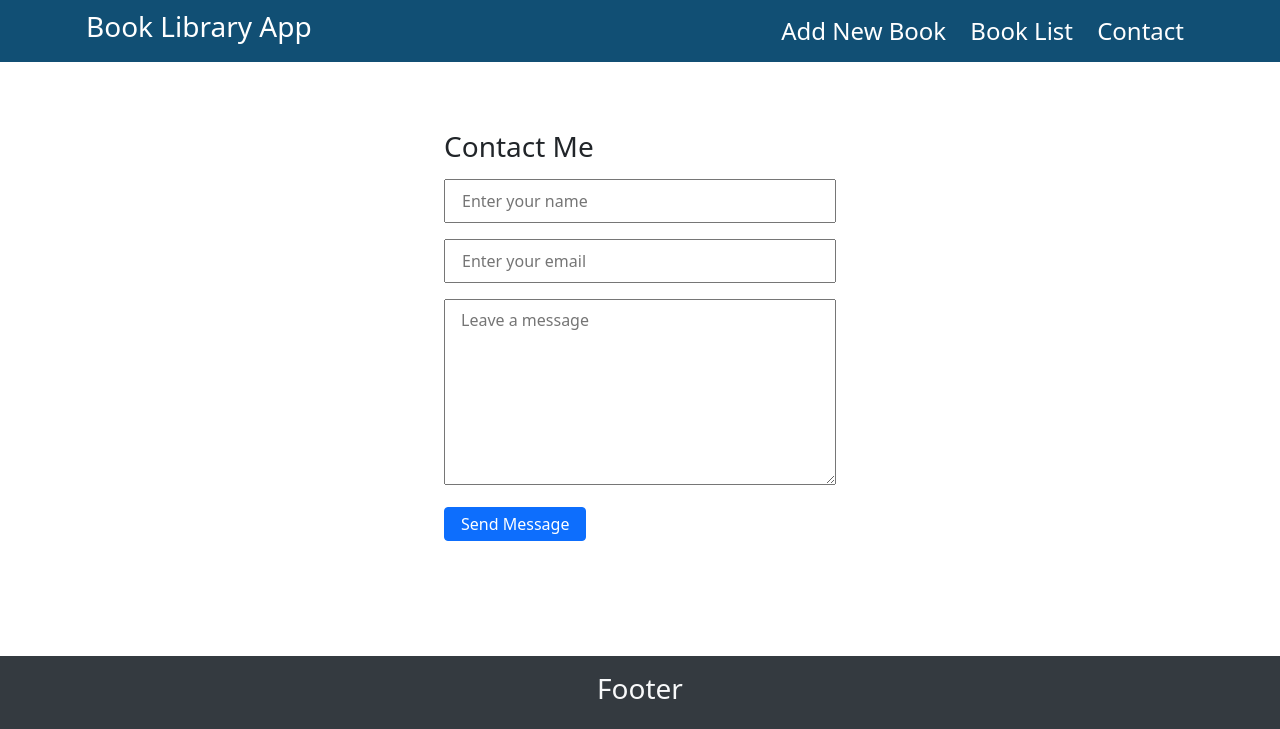
Repository: just-mann/booklibrary-app
Page: http://localhost/contact
The author's editor kept a copy of each file at every save. The page is drawn from the files as they stood at one save, then again after the next save.
The browser window is 1280 px wide. The pictures show the whole page.
The page is served by the project's Node server (app.js).

Above is the page before, as saved 2021-06-06 04:53:11.

### views/contact.ejs
<!DOCTYPE html>
<html lang="en">
<%- include('./partials/Header') %>
<body>
    <%- include('./partials/Navbar') %>
    <div class="container py-3 contact">
        <div class="p-5 p-xs-1 p-sm-1 p-md-1 py-2 px-0 mt-5 contactDiv">
            <form class="px-0">
              <h3>Contact Me</h3>
                <div class="my-3">
                  <input class="px-3 py-2 name w-100" type="text" name="name" id="name" placeholder="Enter your name" required>
                </div>
                <div class="my-3">
                  <input class="px-3 py-2 email w-100" type="email" name="email" id="email" placeholder="Enter your email" required>
                </div>
                <div class="my-3">
                  <textarea class="px-3 py-2 w-100" name="message" id="" cols="30" rows="7" placeholder="Leave a message" required></textarea>
                </div>
                <div class="my-3">
                  <input class="px-3 py-1 submitBtn btn btn-primary" type="submit" value="Send Message">
                </div>
            </form>
          </div>
    </div>
    <%- include('./partials/Footer') %>
</body>
</html>

### views/partials/Header.ejs
<head>
    <meta charset="UTF-8">
    <meta name="viewport" content="width=device-width, initial-scale=1.0">
    <title><%= title %></title>
    <link rel="stylesheet" href="https://stackpath.bootstrapcdn.com/bootstrap/5.0.0-alpha1/css/bootstrap.min.css" integrity="sha384-r4NyP46KrjDleawBgD5tp8Y7UzmLA05oM1iAEQ17CSuDqnUK2+k9luXQOfXJCJ4I" crossorigin="anonymous">
    <script src="https://cdn.jsdelivr.net/npm/popper.js@1.16.0/dist/umd/popper.min.js" integrity="sha384-Q6E9RHvbIyZFJoft+2mJbHaEWldlvI9IOYy5n3zV9zzTtmI3UksdQRVvoxMfooAo" crossorigin="anonymous"></script>
    <link rel="stylesheet" href="https://unpkg.com/aos@next/dist/aos.css" />
    <link rel="stylesheet" href="https://unpkg.com/aos@next/dist/aos.css" />
    <script src="https://stackpath.bootstrapcdn.com/bootstrap/5.0.0-alpha1/js/bootstrap.min.js" integrity="sha384-oesi62hOLfzrys4LxRF63OJCXdXDipiYWBnvTl9Y9/TRlw5xlKIEHpNyvvDShgf/" crossorigin="anonymous"></script>
    <link rel="stylesheet" href="/style.css">
  </head>

### views/partials/Navbar.ejs
<nav class="container-fluid sticky-top">
    <div class="container">
        <a href="/" class="logo"><h3>Book Library App</h3></a>
        <div class="nav__links">
            <a href="/">Add New Book</a>
            <a href="/booklist">Book List</a>
            <a href="/contact">Contact</a>
        </div>
    </div>
</nav>

### views/partials/Footer.ejs
<footer class="bg-dark py-3 text-light text-center">
    <script src="https://ajax.googleapis.com/ajax/libs/jquery/3.5.1/jquery.min.js"></script>
    <script src="/script.js"></script>
    <div class="container">
        <h3>Footer</h3>
    </div>
</footer>
<script src="https://unpkg.com/aos@next/dist/aos.js"></script>
<script>
  AOS.init();
</script>

### app.js
const express = require('express'); //import express package
const app = express(); //initialize the express app
const bodyParser = require('body-parser') //import body-parser to handle data from the form
const MongoClient = require('mongodb').MongoClient; //import the mongodbClient
const { ObjectId } = require('bson');
const dbName = 'myBookList';
const dbCollectionName = 'bookCollection';

const PORT = process.env.PORT || 5000;


// Configure the body-parser
app.use(bodyParser.urlencoded({ extended: true }));


// Make static files accessible
app.use(express.static('public'));


// Set View Engine
app.set('view engine', 'ejs');



// Connect to Database
const dbURI = 'mongodb+srv://bookUser:cUk4rECaXyAWsNz8@crud-tutorial.xd65d.mongodb.net/myBookList?retryWrites=true&w=majority';
MongoClient.connect(dbURI, { useUnifiedTopology: true })
    .then(client => {

        app.listen(PORT, () => {
            console.log(`App is now running on PORT ${PORT} and Database: ${dbName} is connected`)
        });

        const db = client.db(`${dbName}`);

        const myCollection = db.collection(`${dbCollectionName}`);

        app.post('/books', (req, res) => {
            myCollection.insertOne(req.body)
                .then(result => {
                    console.log('Item added to database...');
                })
                .catch(err => console.log(err));
            res.redirect('bookList');
        })

        app.get('/booklist', (req, res) => {
            myCollection.find().sort({_id: -1}).toArray()
                .then(result => {
                    res.render('bookList', { myList: result, title: "Book List" });
                })
                .catch(err => console.log(err));
        })


        app.get('/booklist/:id', (req, res) => {
            const id = req.params.id;
            myCollection.findOne({ _id: ObjectId(`${id}`)})
                .then(result => {
                    res.render('details', { singleBook: result, title: `Book Detail  -  ${result.title}` })
                })
                .catch(err => console.log(err));
        })


        app.delete('/booklist/:id', (req, res) => {
            const id = req.params.id;
            myCollection.deleteOne({_id: ObjectId(`${id}`)})
                .then(result => {
                    res.json({ redirect: '/booklist'})
                })
                .catch(err => console.log(err));
        })


        app.get('/', (req, res) => {
            res.render('index', { title: "Add New Book" });
        })


        app.get('/contact', (req, res) => {
            res.render('contact', { title: "Contact Me" });
        })

        app.use((req, res) => {
            res.status(404).render('404', { title: '404, Page Not Found'});
        })

    })
    .catch(err => console.log(err));

### public/style.css
* {
    padding: 0;
    margin: 0;
    box-sizing: border-box;
}
body {
    min-height: 100vh;
}

a {
    text-decoration: none;
}

nav {
    background-color: #114f74;
    padding: 10px 0px;
}

nav .container {
    display: flex;
    justify-content: space-between;
    align-items: center;
}

nav .container .logo h3 {
    color: #ffffff;
    font-weight: 350;
}

nav .container .nav__links {
    color: #ffffff;
}

nav .container .nav__links a {
    color: #ffffff;
    font-size: 1.5rem;
    padding: 10px 0px;
    margin: 0px 10px;
    font-weight: 300;
}

.nav__links a:hover {
    color: red;
}

.listDiv {
    display: flex;
    grid-template-columns: repeat(3, 1fr);
}

.list {
    max-width: 350px;
    min-height: 150px;
    margin: 0px 15px;
    background-color: #e2e2e2;
    border-left: 15px solid #41a1b9;
    opacity: 0.9;
    transition: opacity 0.6s;
}

.list:hover {
    opacity: 1;
}


/* Home Page */
.home {
    height: 82.3vh;
}

.home .homeDiv, .contact .contactDiv {
    /* background: yellow; */
    max-width: 400px;
    margin: 0 auto;
}



/* Book List Page */
.bookList {
    min-height: 81.3vh;
}






/* details page */
.details {
    height: 81.5vh;
}



.bookSummary {
    max-width: 500px;
    background: yellow;
}



/* Contact Page */
.contact {
    height: 82.5vh;
}

Loaded but not shown: public/script.js (no stored copy; drawn as an empty file)

After the next save:
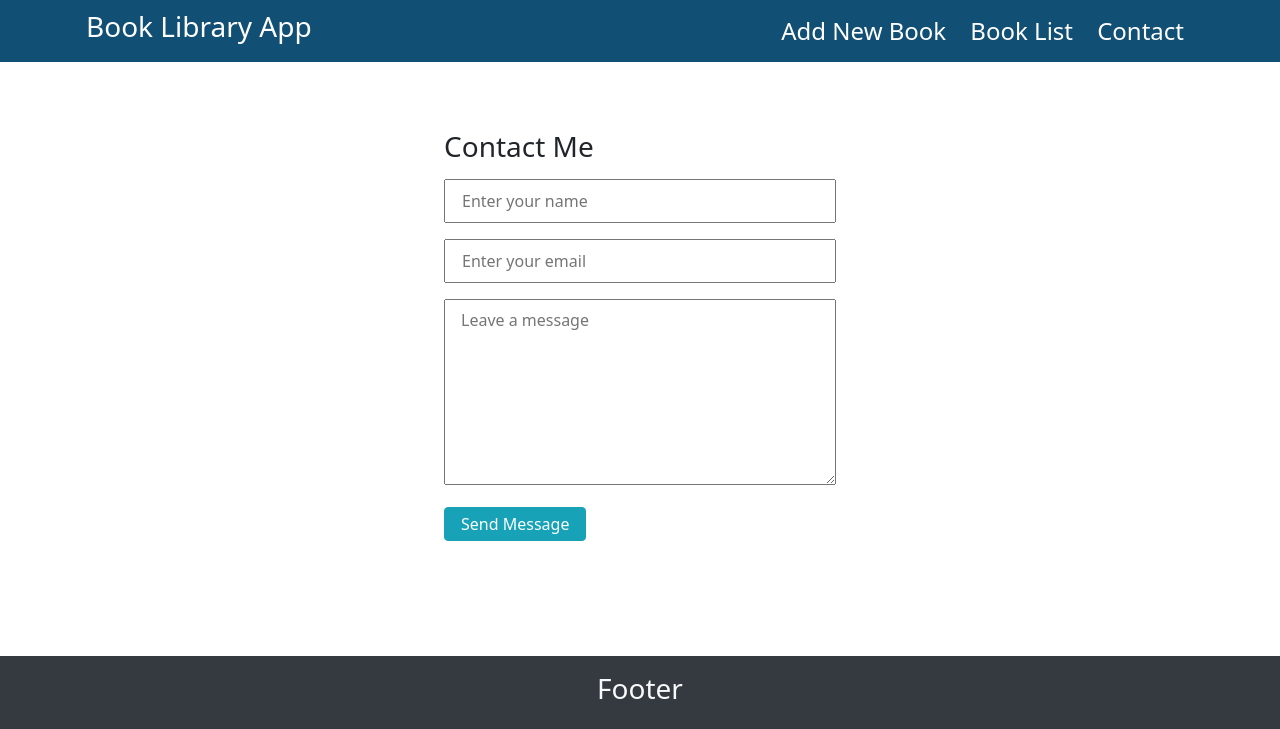
Saved 10 s later.
--- a/views/contact.ejs
+++ b/views/contact.ejs
@@ -17,7 +17,7 @@
                   <textarea class="px-3 py-2 w-100" name="message" id="" cols="30" rows="7" placeholder="Leave a message" required></textarea>
                 </div>
                 <div class="my-3">
-                  <input class="px-3 py-1 submitBtn btn btn-primary" type="submit" value="Send Message">
+                  <input class="px-3 py-1 submitBtn btn btn-info" type="submit" value="Send Message">
                 </div>
             </form>
           </div>
